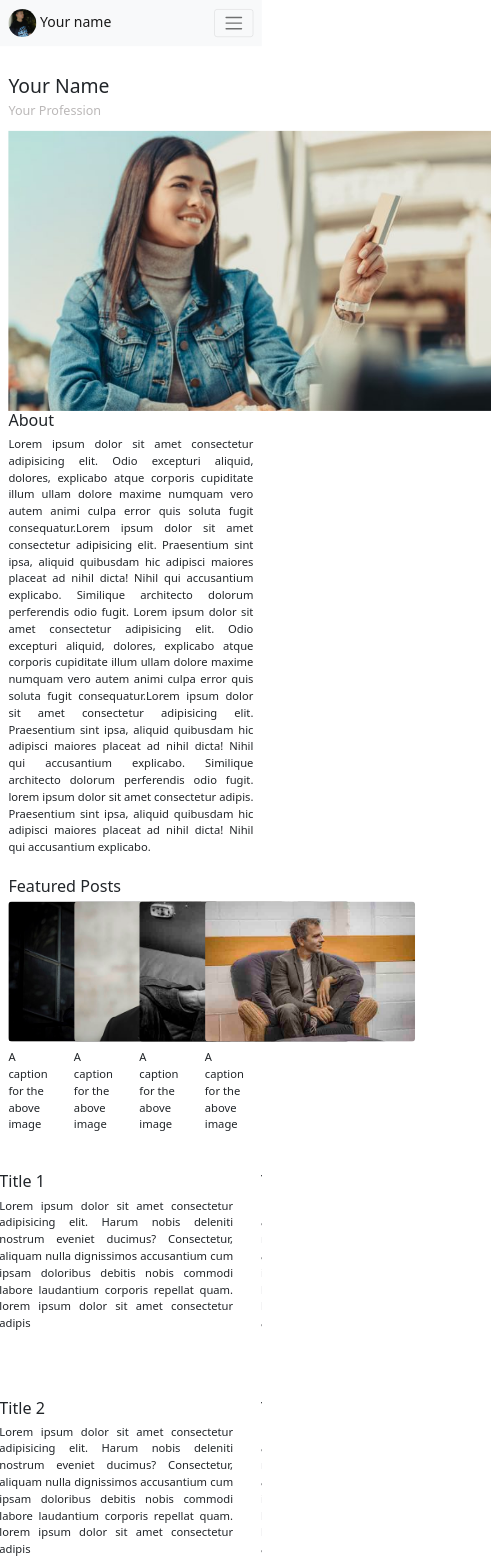
Repository: nvt01/72_1951061106_NgoVanTung
Page: BaiTh1/index.html
The author's editor kept a copy of each file at every save. The page is drawn from the files as they stood at one save, then again after the next save.
The browser window is 374 px wide. The page is 702 px wide, then 374 px, then 702 px, so the pictures cover 702 px, including what lies to the right of the window. The pictures show the part of the page from y = 0 to 2240 px (the page is 3968 px tall before and 4432 px after), at 70% of full size.

Above is the page before, as saved 2021-12-01 10:51:20.

After the next save:
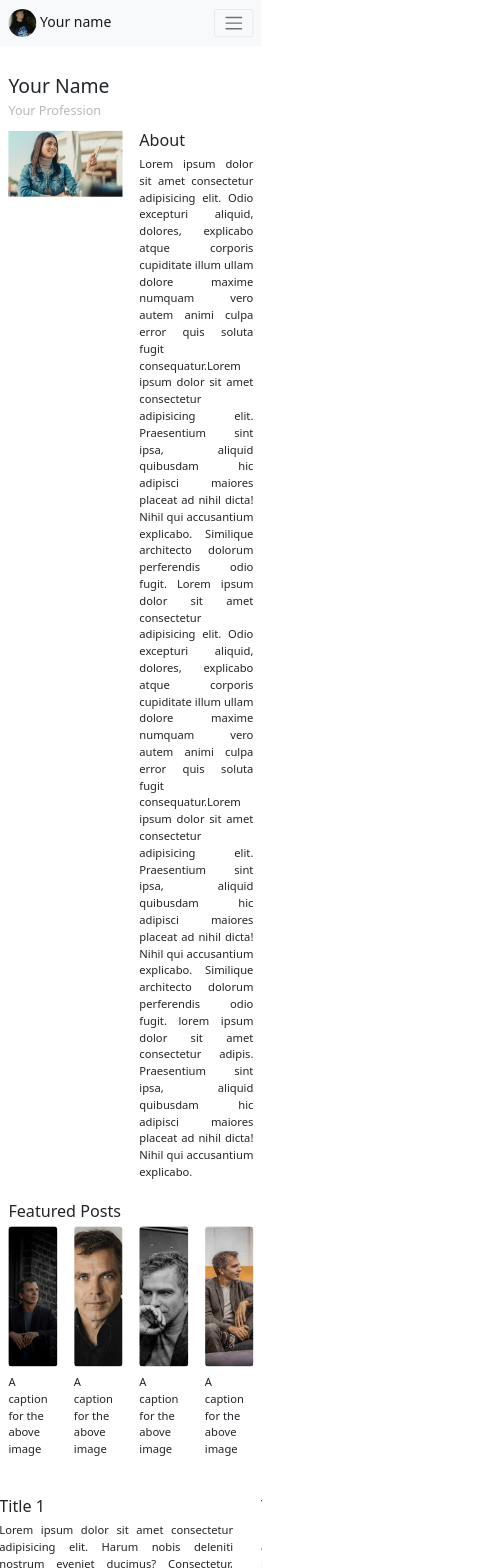
Saved 5 s later.
--- a/BaiTh1/style.css
+++ b/BaiTh1/style.css
@@ -78,6 +78,6 @@
 
 @media screen and (max-width: 374px) {
     .container img {
-        wid
+        width: 100%;
     }
 }

After the save that followed:
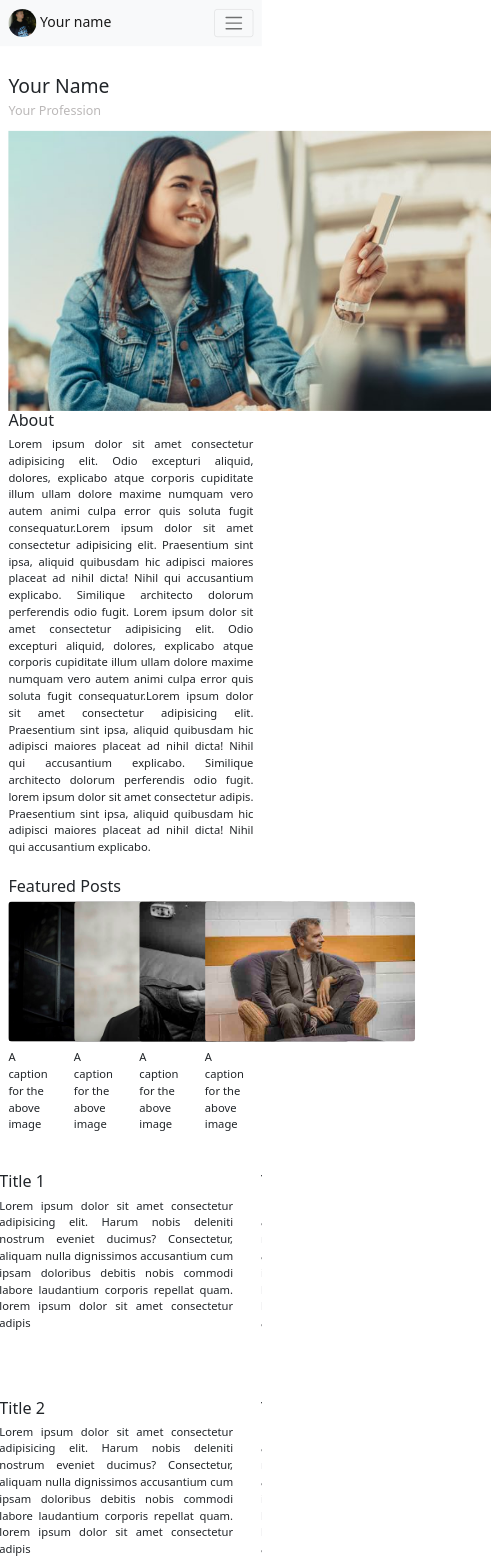
Saved 16 s later.
--- a/BaiTh1/style.css
+++ b/BaiTh1/style.css
@@ -78,6 +78,6 @@
 
 @media screen and (max-width: 374px) {
     .container img {
-        width: 100%;
+        width: ;
     }
 }
